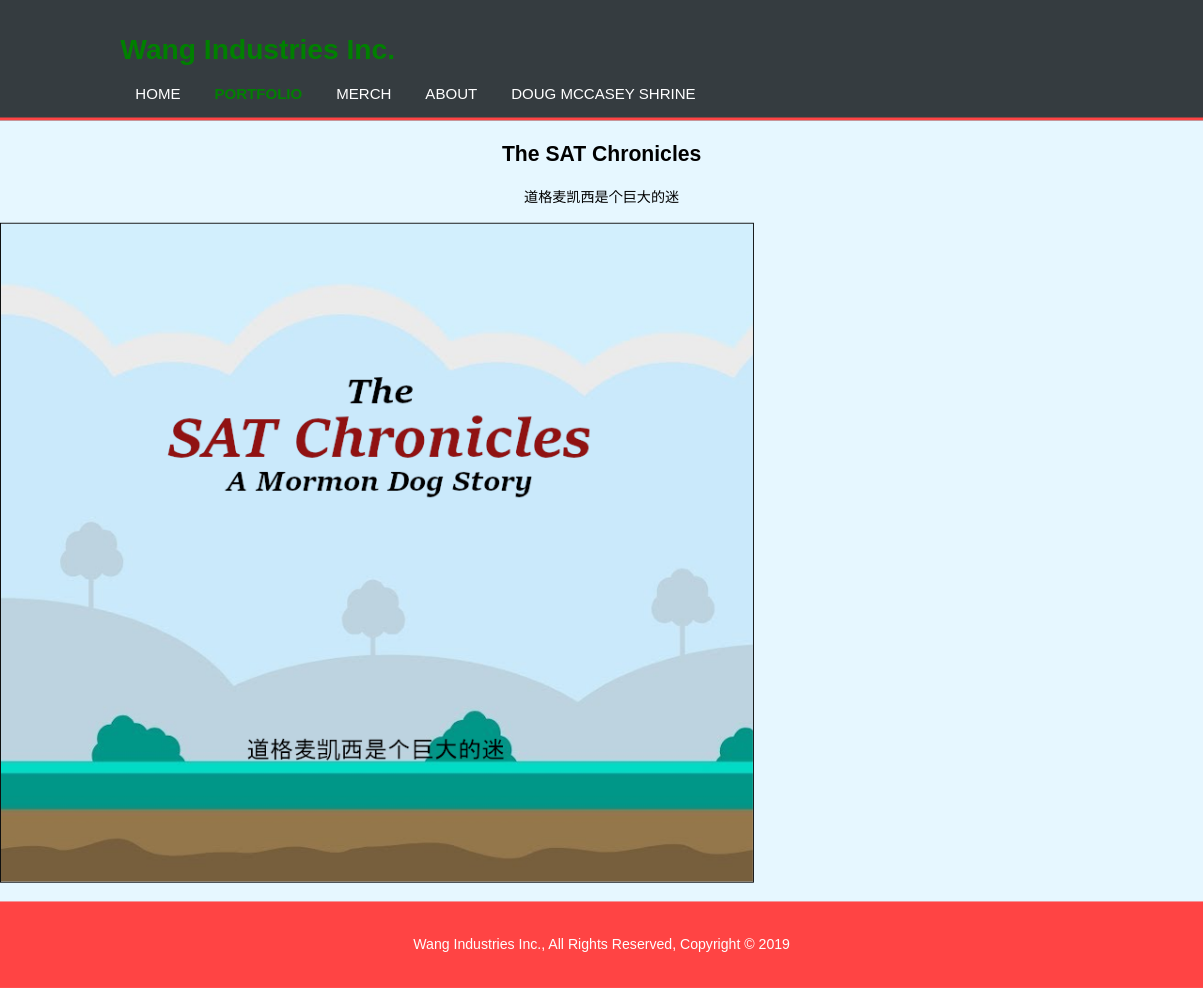
Repository: albert031/albert031.github.io
Page: projects/thesatchronicles.html
The author's editor kept a record of every edit. The page is drawn from the files as they stood at one moment, then again after the next edit.
The browser window is 1280 px wide. The pictures show the whole page, at 94% of full size.

Above is the page before.

After the next edit:
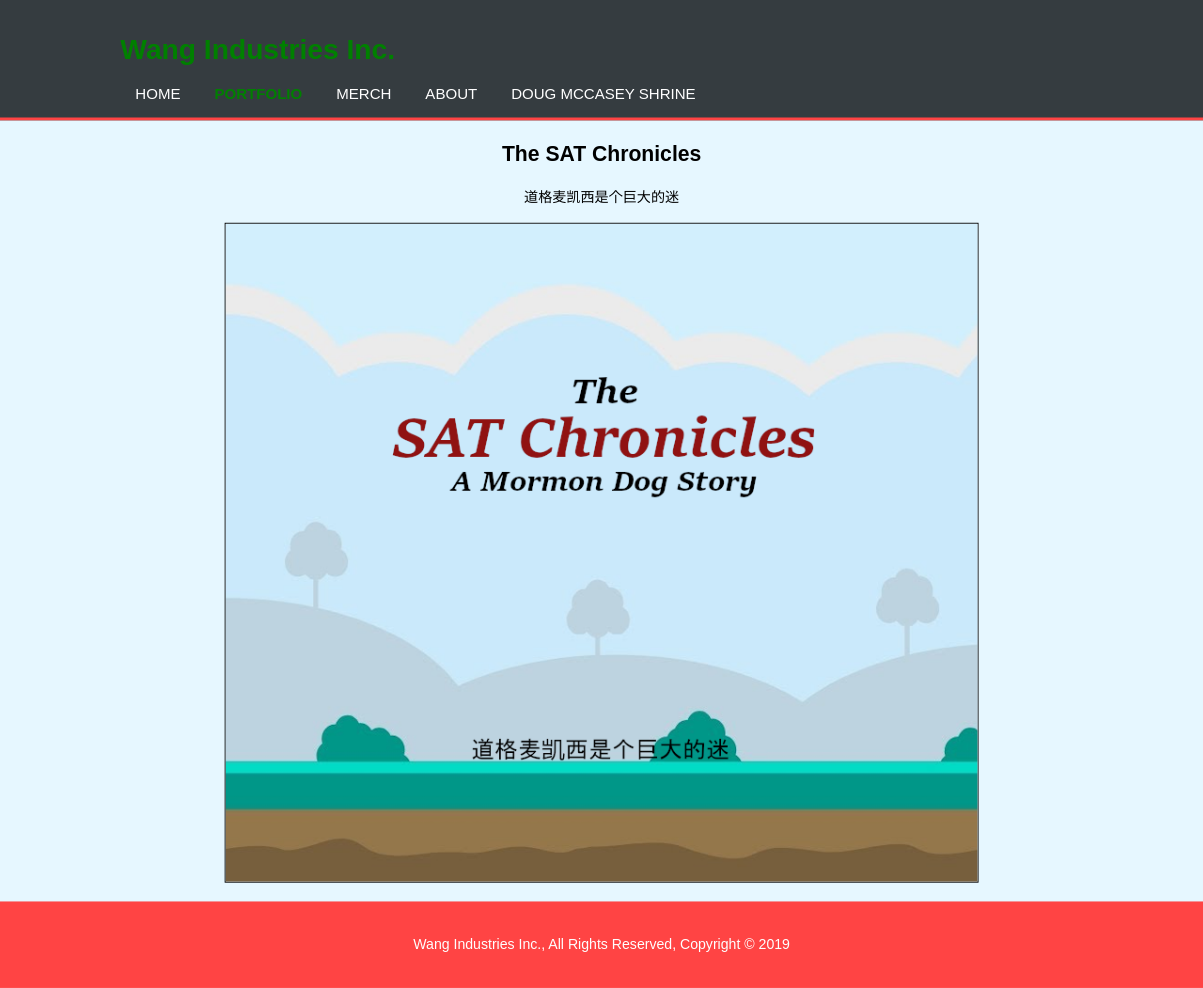
The edit:
--- a/css/style.css
+++ b/css/style.css
@@ -230,11 +230,14 @@
 }
 
 /* Game aligning */
-canvas{
-    text-align:center;
-    display:inline;
-}
-
+#canvas{
+    padding-left: 0;
+    padding-right: 0;
+    margin-left: auto;
+    margin-right: auto;
+    display:block;
+
+}
 /* Media Queries */
 @media(max-width:768px){
     header #branding,
